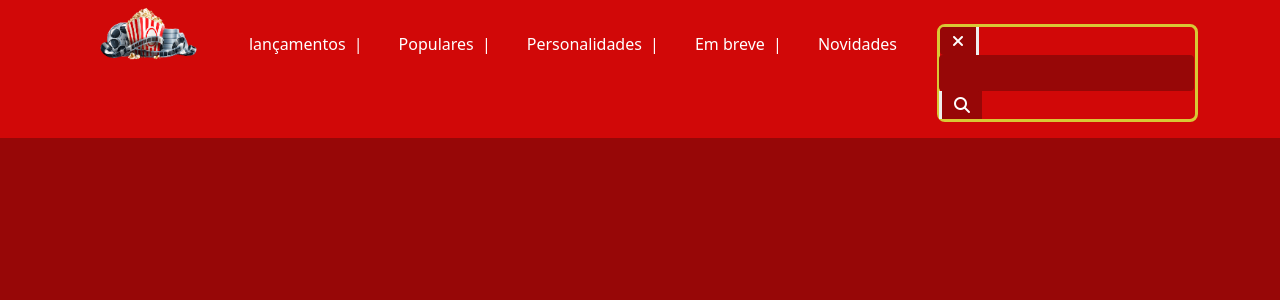
Repository: PedroH-Santos/portalFilmes-Html-JS
Page: Trabalho01-Web/detalhes.html
An editor plug-in stored every save of this project. The page is shown before and after the next save, followed by the edit.
The browser window is 1280 px wide. The pictures show the whole page.
The page's requests for data from a server got no answer. Some web libraries are served in a nearby version.

Above is the page before, as saved 2022-06-09 20:20:47.
Console error (its wording comes from the project's code and is left out).

After the next save:
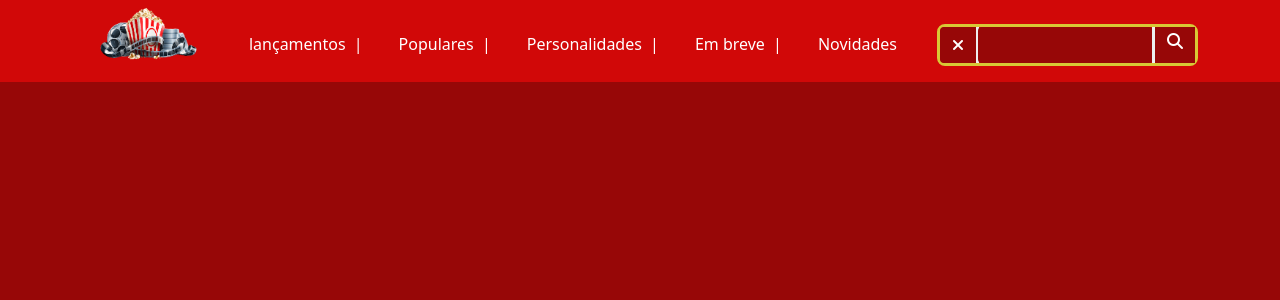
Saved 31 s later.
--- a/Trabalho01-Web/detalhes.html
+++ b/Trabalho01-Web/detalhes.html
@@ -55,12 +55,12 @@
                     </ul>
                 </div>
                 <div class="pesquisa col-xl-3 mt-4">
-                    <div class="input-group mb-3">
+                    <div class="input-group searchContainer mb-3 ">
                         <a href="#" class="input-group-text input-search emptyInputSearch"><i
                                 class="fas fa-times"></i></a>
 
                         <form action="pesquisa.html" method="get" class="formSearch">
-                            <input type="text" class="form-control searchInput" name="search"
+                            <input type="text" class="form-control searchInput input-search" name="search"
                                 aria-label="Amount (to the nearest dollar)">
                         </form>
                         <a href="#" class="searchButton">
